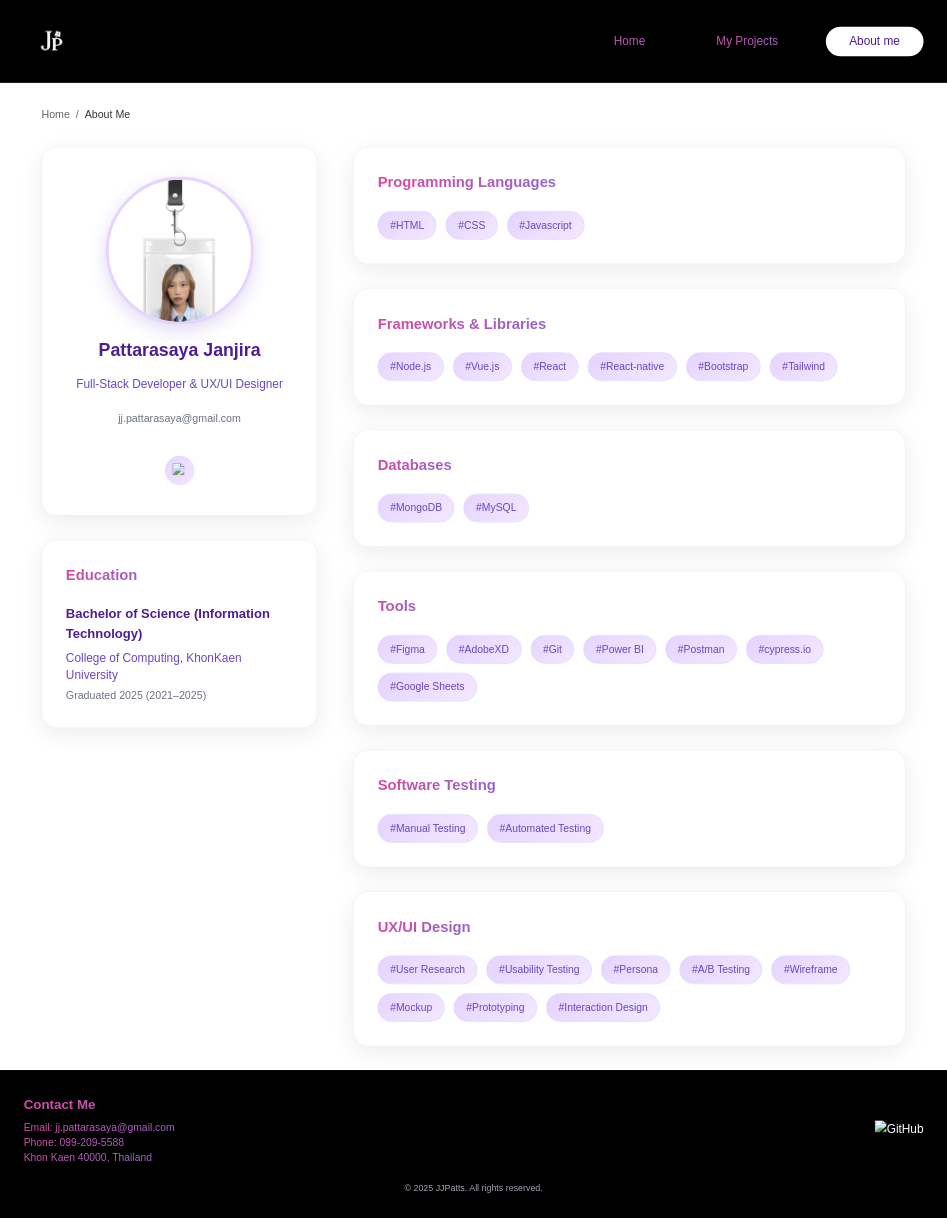
Repository: PattarasayaJJ/Portfolio-jjpatts
Page: /aboutme
The author's editor kept a copy of each file at every save. The page is drawn from the files as they stood at one save, then again after the next save.
The browser window is 1280 px wide. The pictures show the whole page, at 74% of full size.
The project was rebuilt for these pictures with package versions that can differ from the ones it lists, and the page was loaded fresh each time. Also part of the build but not shown: vite.config.js, vite.config.ts, src/header.css, src/hero.css, src/components/Hero.jsx, src/projects.css, src/components/Works.jsx.

Above is the page before, as saved 2025-08-03 15:12:44.

### index.html
<!doctype html>
<html lang="en">
  <head>
    <meta charset="UTF-8" />
    <link rel="icon" type="image/svg+xml" href="/JPtab.png" />
    <meta name="viewport" content="width=device-width, initial-scale=1.0" />
    <title>JJPatts Portfolio</title>
  </head>
  <body>
    <div id="root"></div>
    <script type="module" src="/src/index.jsx"></script>
  </body>
</html>

### src/index.css
@import 'tailwindcss/base';
@import 'tailwindcss/components';
@import 'tailwindcss/utilities';
@import url('https://fonts.googleapis.com/css2?family=Kanit:wght@400;700&display=swap');

*{
   font-family: 'Kanit', sans-serif;

}

### src/App.jsx
import React from 'react';
import { BrowserRouter as Router, Routes, Route } from 'react-router-dom';
import { Header } from './components/Header';
import { Hero } from './components/Hero';
import { Works } from './components/Works';
import { Aboutme } from './components/Aboutme' ;
import { Footer } from './components/Footer';
export function App() {
  return (
    <Router>
      <div className="w-full min-h-screen bg-white">
        <Header />
        <main className="w-full">
          <Routes>
            <Route path="/" element={<><Hero /> </>} />
            <Route path="/works" element={<><Works /></>}/>
            <Route path="/aboutme" element={<Aboutme />} />


          </Routes>
        </main>
        <Footer />

      </div>
    </Router>
  );
}

### src/components/Header.jsx
import React, { useState } from 'react';
import { Link, useLocation } from 'react-router-dom';
import { MenuIcon, XIcon } from 'lucide-react';
import '../header.css';

export function Header() {
  const [isMenuOpen, setIsMenuOpen] = useState(false);
  const location = useLocation();

  const isActive = (path) => location.pathname === path;

  return (
    <header className="w-full bg-black py-4 px-8 relative">
      <div className="max-w-7xl mx-auto flex justify-between items-center">
        <Link to="/">
          <div className="flex items-center">
            <img src="/JP.png" alt="logo" className="w-20" />
          </div>
        </Link>

        <nav className="hidden md:flex space-x-8">
          <Link
            to="/"
            className={`font-medium px-8 py-2 rounded-full ${
              isActive('/') ? 'bg-white text-purple-600' : 'gradient-text'
            }`}
            style={isActive('/') ? { color: '#4c1d95' } : {}}
          >
            Home
          </Link>
          <Link
            to="/works"
            className={`font-medium px-8 py-2 rounded-full ${
              isActive('/works') ? 'bg-white text-purple-600' : 'gradient-text'
            }`}
            style={isActive('/works') ? { color: '#4c1d95' } : {}}
          >
            My Projects
          </Link>
          <Link
            to="/aboutme"
            className={`font-medium px-8 py-2 rounded-full ${
              isActive('/aboutme') ? 'bg-white text-purple-600' : 'gradient-text'
            }`}
            style={isActive('/aboutme') ? { color: '#4c1d95' } : {}}
          >
            About me
          </Link>
        </nav>

        <button className="md:hidden text-white" onClick={() => setIsMenuOpen(!isMenuOpen)}>
          {isMenuOpen ? <XIcon size={24} /> : <MenuIcon size={24} />}
        </button>
      </div>

      <div
        className={`
          fixed top-0 right-0 w-64 h-full bg-black z-50 transform transition-transform duration-300 ease-in-out
          ${isMenuOpen ? 'translate-x-0' : 'translate-x-full'}
          md:hidden
        `}
      >
        <div className="p-6">
          <button className="text-white mb-8" onClick={() => setIsMenuOpen(false)}>
            <XIcon size={24} />
          </button>
          <nav className="flex flex-col space-y-6">
            <Link
              to="/"
              className={`font-medium px-6 py-2 rounded-full block text-center ${
                isActive('/') ? 'bg-white text-purple-600' : 'gradient-text'
              }`}
              style={isActive('/') ? { color: '#4c1d95' } : {}}
              onClick={() => setIsMenuOpen(false)}
            >
              Home
            </Link>
            <Link
              to="/works"
              className={`font-medium px-6 py-2 rounded-full block text-center ${
                isActive('/works') ? 'bg-white text-purple-600' : 'gradient-text'
              }`}
              style={isActive('/works') ? { color: '#4c1d95' } : {}}
              onClick={() => setIsMenuOpen(false)}
            >
              My Projects
            </Link>
            <Link
              to="/aboutme"
              className={`font-medium px-6 py-2 rounded-full block text-center ${
                isActive('/aboutme') ? 'bg-white text-purple-600' : 'gradient-text'
              }`}
              style={isActive('/aboutme') ? { color: '#4c1d95' } : {}}
              onClick={() => setIsMenuOpen(false)}
            >
              About me
            </Link>
          </nav>
        </div>
      </div>

      {isMenuOpen && (
        <div
          className="fixed inset-0 bg-black bg-opacity-50 z-40 md:hidden"
          onClick={() => setIsMenuOpen(false)}
        />
      )}
    </header>
  );
}

### src/components/Aboutme.jsx
import React from 'react';
import '../aboutme.css';

export function Aboutme() {
  const skills = [
    { name: '#HTML', type: 'tool' },
    { name: '#CSS', type: 'tool' },
    { name: '#Javascript', type: 'tool' },
  ];

  const frame = [
    { name: '#Node.js', type: 'tool' },
    { name: '#Vue.js', type: 'tool' },
    { name: '#React', type: 'tool' },
    { name: '#React-native', type: 'tool' },
    { name: '#Bootstrap', type: 'tool' },
    { name: '#Tailwind', type: 'tool' },
  ];

  const database = [
    { name: '#MongoDB', type: 'tool' },
    { name: '#MySQL', type: 'tool' },
  ];

  const tools = [
    { name: '#Figma', type: 'tool' },
    { name: '#AdobeXD', type: 'tool' },
    { name: '#Git', type: 'tool' },
    { name: '#Power BI', type: 'tool' },
    { name: '#Postman', type: 'tool' },
    { name: '#cypress.io', type: 'tool' },
    { name: '#Google Sheets', type: 'tool' },
  ];

  const uxui = [
    { name: '#User Research', type: 'ux' },
    { name: '#Usability Testing', type: 'ux' },
    { name: '#Persona', type: 'ux' },
    { name: '#A/B Testing', type: 'ux' },
    { name: '#Wireframe', type: 'ux' },
    { name: '#Mockup', type: 'ux' },
    { name: '#Prototyping', type: 'ux' },
    { name: '#Interaction Design', type: 'ux' },
  ];

  const tester = [
    { name: '#Manual Testing', type: 'ux' },
    { name: '#Automated Testing', type: 'ux' },
  ];

  return (
    <div className="about-container">
      <nav className="breadcrumb">
        <a href="/" className="breadcrumb-link">
          Home
        </a>
        <span className="breadcrumb-separator">/</span>
        <span className="breadcrumb-current">About Me</span>
      </nav>

      <div className="about-content">
        {/* Profile Section */}
        <div className="profile-section">
          <div className="profile-card">
            <div className="avatar-container">
              <div className="avatar-wrapper">
                <img
                  src="/nongjj.png"
                  alt="Profile"
                  className="avatar-img"
                />
              </div>
              <h2 className="profile-name">Pattarasaya Janjira</h2>
              <p className="profile-title">Full-Stack Developer & UX/UI Designer</p>
              <p className="email">jj.pattarasaya@gmail.com</p>

              <div className="social-icons">
                <a href="https://github.com/PattarasayaJJ" target="_blank" rel="noopener noreferrer" className="social-link">
                  <img src="https://github.githubassets.com/favicons/favicon.png" alt="GitHub" />
                </a>
              </div>
            </div>
          </div>

          {/* Education Section */}
          <div className="education-card">
            <h3 className="section-title">
              <span className="gradient-text">Education</span>
            </h3>
            <div className="education-content">
              <h4 className="degree">Bachelor of Science (Information Technology)</h4>
              <p className="university">College of Computing, KhonKaen University</p>
              <p className="graduation">Graduated 2025 (2021–2025)</p>
            </div>
          </div>
        </div>

        {/* Skills Section */}
        <div className="skills-section">
          <div className="skills-grid">
            {/* Programming Languages */}
            <div className="skill-category">
              <h3 className="category-title">
                <span className="gradient-text">Programming Languages</span>
              </h3>
              <div className="skills-list">
                {skills.map((skill, index) => (
                  <span className="skill-tag" key={index}>
                    {skill.name}
                  </span>
                ))}
              </div>
            </div>

            {/* Frameworks & Libraries */}
            <div className="skill-category">
              <h3 className="category-title">
                <span className="gradient-text">Frameworks & Libraries</span>
              </h3>
              <div className="skills-list">
                {frame.map((skill, index) => (
                  <span className="skill-tag" key={index}>
                    {skill.name}
                  </span>
                ))}
              </div>
            </div>

            {/* Databases */}
            <div className="skill-category">
              <h3 className="category-title">
                <span className="gradient-text">Databases</span>
              </h3>
              <div className="skills-list">
                {database.map((skill, index) => (
                  <span className="skill-tag" key={index}>
                    {skill.name}
                  </span>
                ))}
              </div>
            </div>

            {/* Tools */}
            <div className="skill-category">
              <h3 className="category-title">
                <span className="gradient-text">Tools</span>
              </h3>
              <div className="skills-list">
                {tools.map((skill, index) => (
                  <span className="skill-tag" key={index}>
                    {skill.name}
                  </span>
                ))}
              </div>
            </div>

            {/* Software Testing */}
            <div className="skill-category">
              <h3 className="category-title">
                <span className="gradient-text">Software Testing</span>
              </h3>
              <div className="skills-list">
                {tester.map((skill, index) => (
                  <span className="skill-tag" key={index}>
                    {skill.name}
                  </span>
                ))}
              </div>
            </div>

            {/* UX/UI Design */}
            <div className="skill-category">
              <h3 className="category-title">
                <span className="gradient-text">UX/UI Design</span>
              </h3>
              <div className="skills-list">
                {uxui.map((skill, index) => (
                  <span className="skill-tag" key={index}>
                    {skill.name}
                  </span>
                ))}
              </div>
            </div>
          </div>
        </div>
      </div>
    </div>
  );
}

### src/components/Footer.jsx
import React from 'react';

export function Footer() {
  return (
    <footer className="w-full bg-black text-white py-8 px-8">
  <div className="max-w-7xl mx-auto flex flex-col md:flex-row justify-between items-center space-y-6 md:space-y-0">

        <div className="text-center md:text-left gradient-text ">
          <h2 className="text-lg font-semibold">Contact Me</h2>
          <p className="text-sm mt-2">Email: jj.pattarasaya@gmail.com</p>
          <p className="text-sm">Phone: 099-209-5588</p>
          <p className="text-sm">Khon Kaen 40000, Thailand</p>

        </div>

        <div className="flex space-x-4 ">
        <a href="https://github.com/PattarasayaJJ" target="_blank" rel="noopener noreferrer">
        <img src="https://github.githubassets.com/favicons/favicon.png" alt="GitHub" />

  </a>

        </div>
      </div>

      <div className="text-center text-xs text-gray-400 mt-6 ">
        © {new Date().getFullYear()} JJPatts. All rights reserved.
      </div>
    </footer>
  );
}

### src/work.css
.projects-section {
  width: 100%;
  max-width: 1200px;
  margin: 0 auto;
  padding: 2rem 1rem;
  background-color: #ffffff;
}

.projects-container {
  display: flex;
  flex-direction: column;
  gap: 3rem;
}

.breadcrumb {
  margin-bottom: 2rem;
  font-size: 0.9rem;
  color: #666;
}

.breadcrumb-link {
  color: #666;
  text-decoration: none;
}

.breadcrumb-link:hover {
  color: #333;
}

.breadcrumb-separator {
  margin: 0 0.5rem;
}

.breadcrumb-current {
  color: #333;
  font-weight: 500;
}

.final-project-text {
  text-align: left;
}

.project-title {
  font-size: 2rem;
  font-weight: 700;
  color: #DD489B;
  margin: 0;
  list-style: none;
}

.project-title li {
  list-style: none;
}

.gradient-text {
  background: linear-gradient(135deg, #DD489B, #9067D3);
  -webkit-background-clip: text;
  -webkit-text-fill-color: transparent;
  background-clip: text;
}

/* Project Card */
.project-card {
  background: #ffffff;
  border-radius: 20px;
  padding: 3rem;
  box-shadow: 0 8px 32px rgba(0, 0, 0, 0.08);
  border: 1px solid #f0f0f0;
  display: flex;
  flex-direction: column;
  gap: 2rem;
}

/* Project Images */
.project-images {
  display: flex;
  justify-content: center;
  gap: 2rem;
  margin-bottom: 1rem;
}

.project-images.single {
  justify-content: center;
}

.project-images.single .project-image {
  max-width: 600px;
}

.project-image {
  max-width: 400px;
  width: 100%;
  height: auto;
  border-radius: 12px;
  box-shadow: 0 8px 24px rgba(0, 0, 0, 0.12);
  transition: transform 0.3s ease, box-shadow 0.3s ease;
}

.project-image:hover {
  transform: translateY(-4px);
  box-shadow: 0 12px 32px rgba(0, 0, 0, 0.16);
}

/* Project Content */
.project-content {
  text-align: center;
  display: flex;
  flex-direction: column;
  gap: 1.5rem;
}

.project-name {
  font-size: 1.25rem;
  line-height: 1.6;
  color: #4c1d95;
  margin: 0;
  font-weight: 400;
}

.highlight {
  font-weight: 700;
  color: #6b46c1;
}

/* Skills List */
.skills-list {
  display: flex;
  flex-wrap: wrap;
  gap: 0.75rem;
  margin-top: 1rem;
}

.skill-tag {
  background: linear-gradient(135deg, #e5d4ff, #f3e8ff);
  color: #6b46c1;
  padding: 0.5rem 1rem;
  border-radius: 20px;
  font-size: 0.875rem;
  font-weight: 500;
  border: 1px solid #e5d4ff;
  transition: all 0.3s ease;
}

.skill-tag:hover {
  background: linear-gradient(135deg, #ddd6fe, #e5d4ff);
  transform: translateY(-2px);
  box-shadow: 0 4px 12px rgba(107, 70, 193, 0.2);
}

/* Responsive Design */
@media (max-width: 1024px) {
  .project-images {
    gap: 1.5rem;
  }

  .project-image {
    max-width: 350px;
  }
}

@media (max-width: 768px) {
  .projects-section {
    padding: 1.5rem 1rem;
  }

  .project-card {
    padding: 2rem 1.5rem;
  }

  .project-images {
    flex-direction: column;
    align-items: center;
    gap: 1.5rem;
  }

  .project-image {
    max-width: 100%;
    width: 100%;
  }

  .project-images.single .project-image {
    max-width: 100%;
  }

  .project-title {
    font-size: 1.5rem;
  }

  .project-name {
    font-size: 1.1rem;
    text-align: left;
  }

  .skills-list {
    justify-content: flex-start;
  }
}

@media (max-width: 480px) {
  .project-card {
    padding: 1.5rem 1rem;
  }

  .project-name {
    font-size: 1rem;
  }

  .skill-tag {
    font-size: 0.75rem;
    padding: 0.4rem 0.8rem;
  }
}

### src/aboutme.css
.about-container {
  max-width: 1200px;
  margin: 0 auto;
  padding: 2rem 1rem;
  background-color: #ffffff;
}

/* Breadcrumb */
.breadcrumb {
  margin-bottom: 2rem;
  font-size: 0.9rem;
  color: #666;
  display: flex;
  align-items: center;
}

.breadcrumb-link {
  color: #666;
  text-decoration: none;
}

.breadcrumb-link:hover {
  color: #333;
}

.breadcrumb-separator {
  margin: 0 0.5rem;
}

.breadcrumb-current {
  color: #333;
  font-weight: 500;
}

/* Main Content Layout */
.about-content {
  display: grid;
  grid-template-columns: 1fr 2fr;
  gap: 3rem;
  align-items: start;
}

/* Profile Section */
.profile-section {
  display: flex;
  flex-direction: column;
  gap: 2rem;
}

.profile-card {
  background: #ffffff;
  border-radius: 20px;
  padding: 2.5rem;
  box-shadow: 0 8px 32px rgba(0, 0, 0, 0.08);
  border: 1px solid #f0f0f0;
  text-align: center;
}

.avatar-container {
  display: flex;
  flex-direction: column;
  align-items: center;
  gap: 1rem;
}

.avatar-wrapper {
  width: 200px;
  height: 200px;
  border-radius: 50%;
  overflow: hidden;
  border: 4px solid #e5d4ff;
  box-shadow: 0 8px 24px rgba(107, 70, 193, 0.2);
  transition: transform 0.3s ease;
}

.avatar-wrapper:hover {
  transform: scale(1.05);
}

.avatar-img {
  width: 100%;
  height: 100%;
  object-fit: cover;
}

.profile-name {
  font-size: 1.5rem;
  font-weight: 700;
  color: #4c1d95;
  margin: 0;
}

.profile-title {
  font-size: 1rem;
  color: #6b46c1;
  margin: 0;
  font-weight: 500;
}

.email {
  font-size: 0.9rem;
  color: #6b7280;
  margin: 0.5rem 0;
}

.social-icons {
  display: flex;
  justify-content: center;
  gap: 1rem;
  margin-top: 1rem;
}

.social-link {
  display: flex;
  align-items: center;
  justify-content: center;
  width: 40px;
  height: 40px;
  background: linear-gradient(135deg, #e5d4ff, #f3e8ff);
  border-radius: 50%;
  transition: all 0.3s ease;
}

.social-link:hover {
  background: linear-gradient(135deg, #ddd6fe, #e5d4ff);
  transform: translateY(-2px);
  box-shadow: 0 4px 12px rgba(107, 70, 193, 0.3);
}

.social-icons img {
  width: 20px;
  height: 20px;
}

/* Education Card */
.education-card {
  background: #ffffff;
  border-radius: 20px;
  padding: 2rem;
  box-shadow: 0 8px 32px rgba(0, 0, 0, 0.08);
  border: 1px solid #f0f0f0;
}

.education-content {
  margin-top: 1rem;
}

.degree {
  font-size: 1.1rem;
  font-weight: 600;
  color: #4c1d95;
  margin: 0 0 0.5rem 0;
}

.university {
  font-size: 1rem;
  color: #6b46c1;
  margin: 0 0 0.25rem 0;
}

.graduation {
  font-size: 0.9rem;
  color: #6b7280;
  margin: 0;
}

/* Skills Section */
.skills-section {
  display: flex;
  flex-direction: column;
}

.skills-grid {
  display: grid;
  grid-template-columns: 1fr;
  gap: 2rem;
}

.skill-category {
  background: #ffffff;
  border-radius: 20px;
  padding: 2rem;
  box-shadow: 0 8px 32px rgba(0, 0, 0, 0.08);
  border: 1px solid #f0f0f0;
}

.section-title,
.category-title {
  font-size: 1.25rem;
  font-weight: 600;
  margin: 0 0 1.5rem 0;
  display: flex;
  align-items: center;
}

.gradient-text {
  background: linear-gradient(135deg, #DD489B, #9067D3);
  -webkit-background-clip: text;
  -webkit-text-fill-color: transparent;
  background-clip: text;
}

.skills-list {
  display: flex;
  flex-wrap: wrap;
  gap: 0.75rem;
}

.skill-tag {
  background: linear-gradient(135deg, #e5d4ff, #f3e8ff);
  color: #6b46c1;
  padding: 0.5rem 1rem;
  border-radius: 20px;
  font-size: 0.875rem;
  font-weight: 500;
  border: 1px solid #e5d4ff;
  transition: all 0.3s ease;
  cursor: default;
}

.skill-tag:hover {
  background: linear-gradient(135deg, #ddd6fe, #e5d4ff);
  transform: translateY(-2px);
  box-shadow: 0 4px 12px rgba(107, 70, 193, 0.2);
}

/* Responsive Design */
@media (max-width: 1024px) {
  .about-content {
    grid-template-columns: 1fr;
    gap: 2rem;
  }

  .skills-grid {
    grid-template-columns: repeat(2, 1fr);
  }
}

@media (max-width: 768px) {
  .about-container {
    padding: 1.5rem 1rem;
  }

  .about-content {
    gap: 1.5rem;
  }

  .skills-grid {
    grid-template-columns: 1fr;
    gap: 1.5rem;
  }

  .profile-card,
  .education-card,
  .skill-category {
    padding: 1.5rem;
  }

  .avatar-wrapper {
    width: 150px;
    height: 150px;
  }

  .profile-name {
    font-size: 1.25rem;
  }

  .profile-title {
    font-size: 0.9rem;
  }

  .section-title,
  .category-title {
    font-size: 1.1rem;
  }

  .skill-tag {
    font-size: 0.8rem;
    padding: 0.4rem 0.8rem;
  }
}

@media (max-width: 480px) {
  .profile-card,
  .education-card,
  .skill-category {
    padding: 1.25rem;
  }

  .avatar-wrapper {
    width: 120px;
    height: 120px;
  }

  .profile-name {
    font-size: 1.1rem;
  }

  .skills-list {
    gap: 0.5rem;
  }

  .skill-tag {
    font-size: 0.75rem;
    padding: 0.35rem 0.7rem;
  }
}

Loaded but not shown: src/index.jsx (common file); tailwind.config.js (common file)

After the next save:
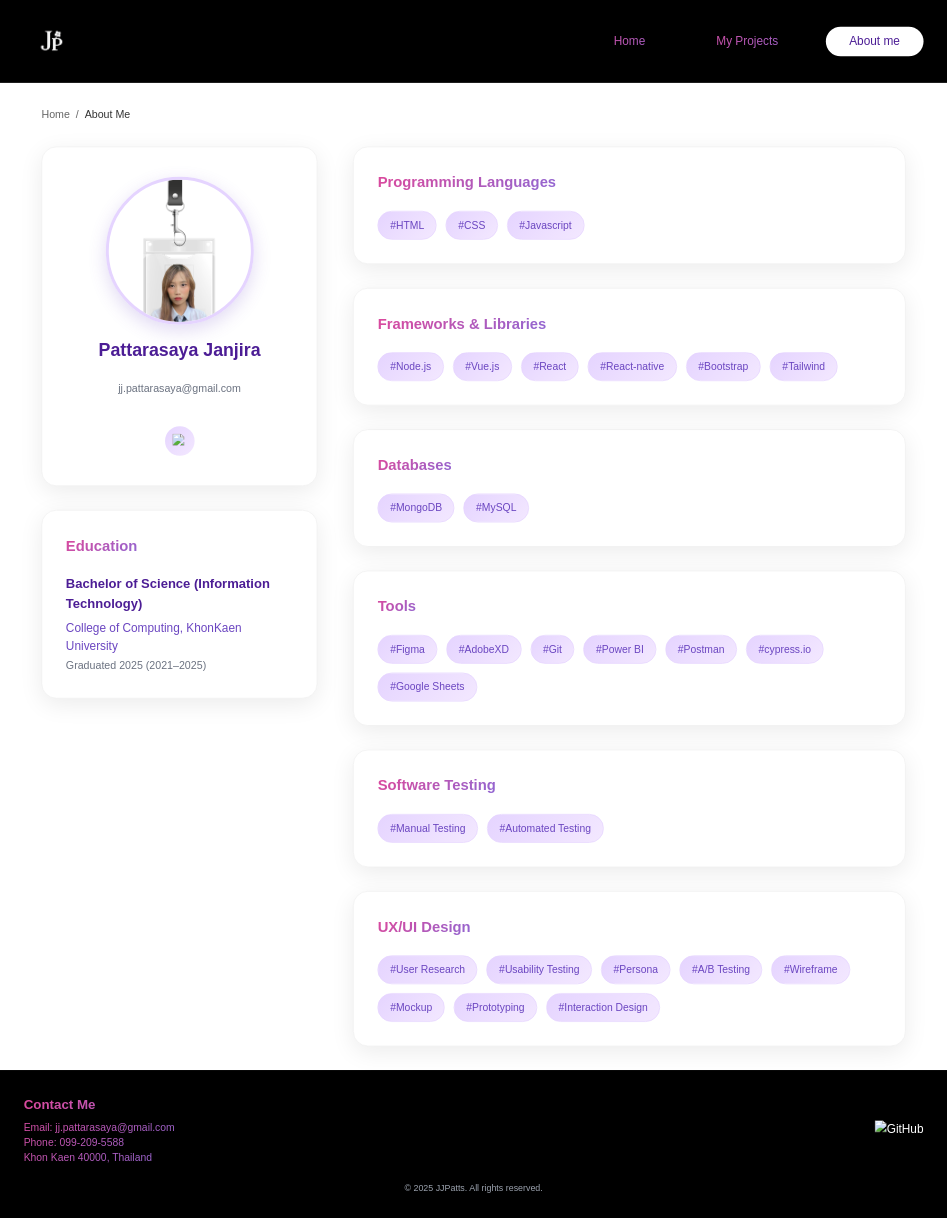
Saved 84 s later.
--- a/src/components/Aboutme.jsx
+++ b/src/components/Aboutme.jsx
@@ -71,7 +71,6 @@ export function Aboutme() {
                 />
               </div>
               <h2 className="profile-name">Pattarasaya Janjira</h2>
-              <p className="profile-title">Full-Stack Developer & UX/UI Designer</p>
               <p className="email">jj.pattarasaya@gmail.com</p>
 
               <div className="social-icons">
